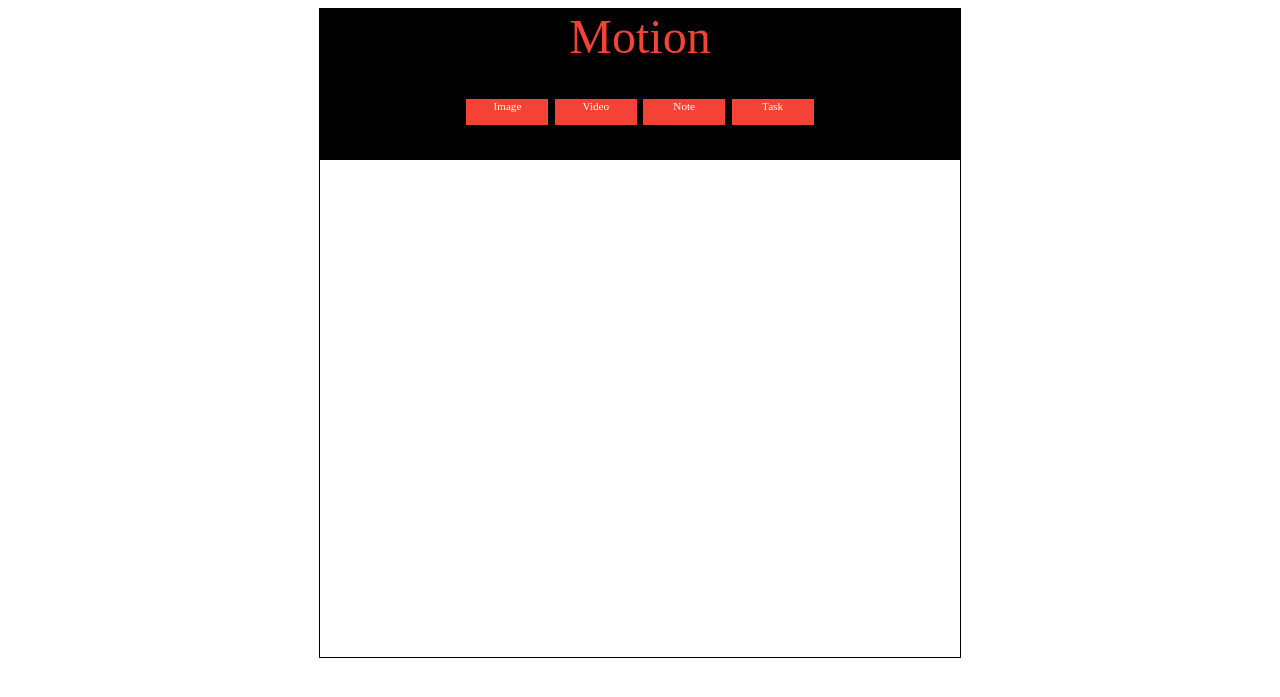
Repository: DevMinwoo-Jung/typescript
Page: motion/index.html
These files come from the project's save history. The page is drawn as it stood at one moment and after the next save; the edit follows.
The browser window is 1280 px wide. The pictures show the whole page.

Above is the page before, as saved 2021-10-12 15:07:14.

### motion/index.html
<!DOCTYPE html>
<html lang="en">
<head>
  <meta charset="UTF-8">
  <meta http-equiv="X-UA-Compatible" content="IE=edge">
  <meta name="viewport" content="width=device-width, initial-scale=1.0">
  <title>Document</title>
  <script src="build/main.js"></script>
  <link rel="stylesheet" href="index.module.css">
</head>
<body>
  <section class="main__section">
    <div class="header__contents">
      <header class="haeder">Motion</header>
        <div class="item__category">
          <div class="category">Image</div>
          <div class="category">Video</div>
          <div class="category">Note</div>
          <div class="category">Task</div>
        </div>
    </div>
    <!-- <div class="img__div">
      <img class="img" src="img/money.png" alt="">
      <div class="text__div">
        <p class="text">Img</p>
        <button class="closeBtn__box">x</button>
      </div>
    </div> -->
    <!-- <div class="video__box">
      <iframe class="vidoe" src="https://www.youtube.com/embed/fGcmOlOI3uo" title="YouTube video player" frameborder="0" allow="accelerometer; autoplay; clipboard-write; encrypted-media; gyroscope; picture-in-picture" allowfullscreen></iframe>
      <div class="text__div">
        <p class="text">Video</p>
        <button class="closeBtn__box">x</button>
      </div>
    </div> -->
    <!-- <div class="task__box">
      <div class="text__box">
        <p>Note</p>
        <ul>ganadaramabasa</ul>
        <button class="closeBtn__box">x</button>
      </div>
    </div> -->
    <!-- <div class="note__box">
      <div class="text__box">
        <p>Note</p>
        <p>ganadaramabasa</p>
        <button class="closeBtn__box">x</button>
      </div>
    </div> -->
  </section>
  <!-- <section class="image__section">
    <div class="input__div">
      <div class="title">
        <button class="closeBtn">x</button>
        <span>Title</span><br/>
        <input class="input" type="text"><br/>
        <span>URL</span><br/>
        <input type="text">
        <button class="addBtn">Add</button>
      </div>
    </div>
  </section> -->
  <!-- <section class="video__section">
    <div class="input__div">
      <div class="title">
        <button class="closeBtn">x</button>
        <span>Title</span><br/>
        <input class="input" type="text"><br/>
        <span>URL</span><br/>
        <input type="text">
        <button class="addBtn">Add</button>
      </div>
    </div>
  </section> -->
  <!-- <section class="Note__section">
    <div class="note__div">
      <div class="title">
        <button class="closeBtn">x</button>
        <span>Title</span><br/>
        <input  type="text"><br/>
        <span>Body</span><br/>
        <input class="Note__input" type="text">
        <button class="addBtn">Add</button>
      </div>
    </div>
  </section> -->
  <!-- <section class="Task__section">
    <div class="input__div">
      <div class="title">
        <button class="closeBtn">x</button>
        <span>Title</span><br/>
        <input class="input" type="text"><br/>
        <span>URL</span><br/>
        <input type="text">
        <button class="addBtn">Add</button>
      </div>
    </div>
  </section> -->
</body>
</html>

### motion/index.module.css
:root {
  --color-red: #f44336;
  --color-white: white;
  --color-black: black;
  --color-yellow: rgb(253, 253, 171);
}

.main__section {
  margin: auto;
  width: 40rem;
  border: 1px solid black;
  height: 90vh;
}

.header__contents {
  background-color: var(--color-black);
}

.haeder {
  font-size: 3rem;
  text-align: center;
  color: var(--color-red);
}

.item__category {
  text-align: center;
  font-size: 1rem;
  padding-top: 2rem;
  padding-bottom: 2rem;
  display: flex;
  justify-content: center;
}

.category {
  margin: 0.2rem;
  border: 1px solid var(--color-red);
  background-color: var(--color-red);
  width: 5rem;
  height: 1.5rem;
  color: var(--color-white);
  cursor: pointer;
  font-size: 0.7rem;
}

/* show section */
.img__div {
  width: 90%;
  height: 15rem;
  border: 1px solid;
  margin: 1rem auto;
  display: flex;
}

.img {
  width: 60%;
  height: 100%;
}

.text__div {
  position: relative;
  width: 40%;
  height: 100%;
  text-align: center;
  display: flex;
  justify-content: center;
  align-items: center;
  font-size: 4rem;
  font-weight: bold;
}

.video__box {
  width: 90%;
  height: 15rem;
  border: 1px solid;
  margin: 1rem auto;
  display: flex;
}

.video {
  width: 60%;
  height: 100%;
}

.note__box {
  width: 90%;
  height: 10rem;
  border: 1px solid;
  margin: 1rem auto;
  padding-left: 1rem;
  position: relative;
}

.task__box {
  width: 90%;
  height: 10rem;
  border: 1px solid;
  margin: 1rem auto;
  padding-left: 1rem;
  position: relative;
}

.text__box {
  display: block;
  width: 40%;
  height: 100%;
  text-align: left;
  font-size: 1.5rem;
}

/* add section */
.input__div {
  position: absolute;
  width: 30rem;
  height: 10rem;
  z-index: 1;
  border: 1px solid black;
  margin: auto;
  left: 0;
  right: 0;
  margin-left: auto;
  margin-right: auto;
  top: 35%;
  background-color: grey;
}

.note__div {
  position: absolute;
  width: 30rem;
  height: 12rem;
  z-index: 1;
  border: 1px solid black;
  margin: auto;
  left: 0;
  right: 0;
  margin-left: auto;
  margin-right: auto;
  top: 35%;
  background-color: grey;
}

.title {
  color: var(--color-yellow);
  font-size: 0.8rem;
  margin-left: 2rem;
  margin-top: 2rem;
  position: relative;
}

input {
  font-size: 1rem;
  width: 90%;
}

.Note__input {
  font-size: 1rem;
  width: 90%;
  height: 3rem;
}

.addBtn {
  position: relative;
  margin-top: 1%;
  margin: 3% 0 0 85%;
  width: 2.5rem;
  height: 1.5rem;
  background-color: var(--color-red);
  color: var(--color-white);
  border: none;
  cursor: pointer;
}

.closeBtn {
  position: absolute;
  font-size: 1rem;
  margin-top: -1rem;
  right: 1.5rem;
  width: 2.5rem;
  height: 1.5rem;
  color: var(--color-red);
  background: none;
  border: none;
  cursor: pointer;
}

.closeBtn__box {
  position: absolute;
  font-size: 1rem;
  margin-top: -22%;
  right: 0;
  width: 2.5rem;
  height: 1.5rem;
  color: var(--color-red);
  background: none;
  border: none;
  cursor: pointer;
}

Loaded but not shown: motion/build/main.js (no copy from this time; the picture is the same without it)

After the next save:
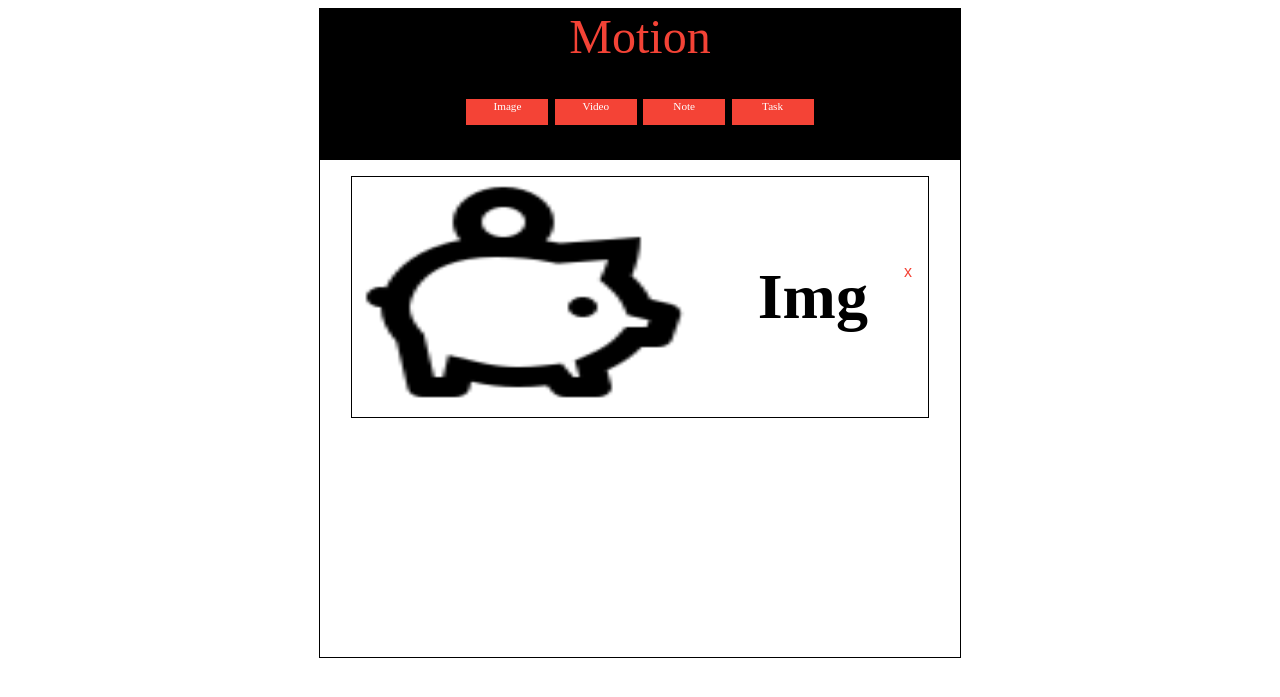
Saved 10 s later.
--- a/motion/index.html
+++ b/motion/index.html
@@ -19,13 +19,13 @@
           <div class="category">Task</div>
         </div>
     </div>
-    <!-- <div class="img__div">
+    <div class="img__div">
       <img class="img" src="img/money.png" alt="">
       <div class="text__div">
         <p class="text">Img</p>
         <button class="closeBtn__box">x</button>
       </div>
-    </div> -->
+    </div>
     <!-- <div class="video__box">
       <iframe class="vidoe" src="https://www.youtube.com/embed/fGcmOlOI3uo" title="YouTube video player" frameborder="0" allow="accelerometer; autoplay; clipboard-write; encrypted-media; gyroscope; picture-in-picture" allowfullscreen></iframe>
       <div class="text__div">
